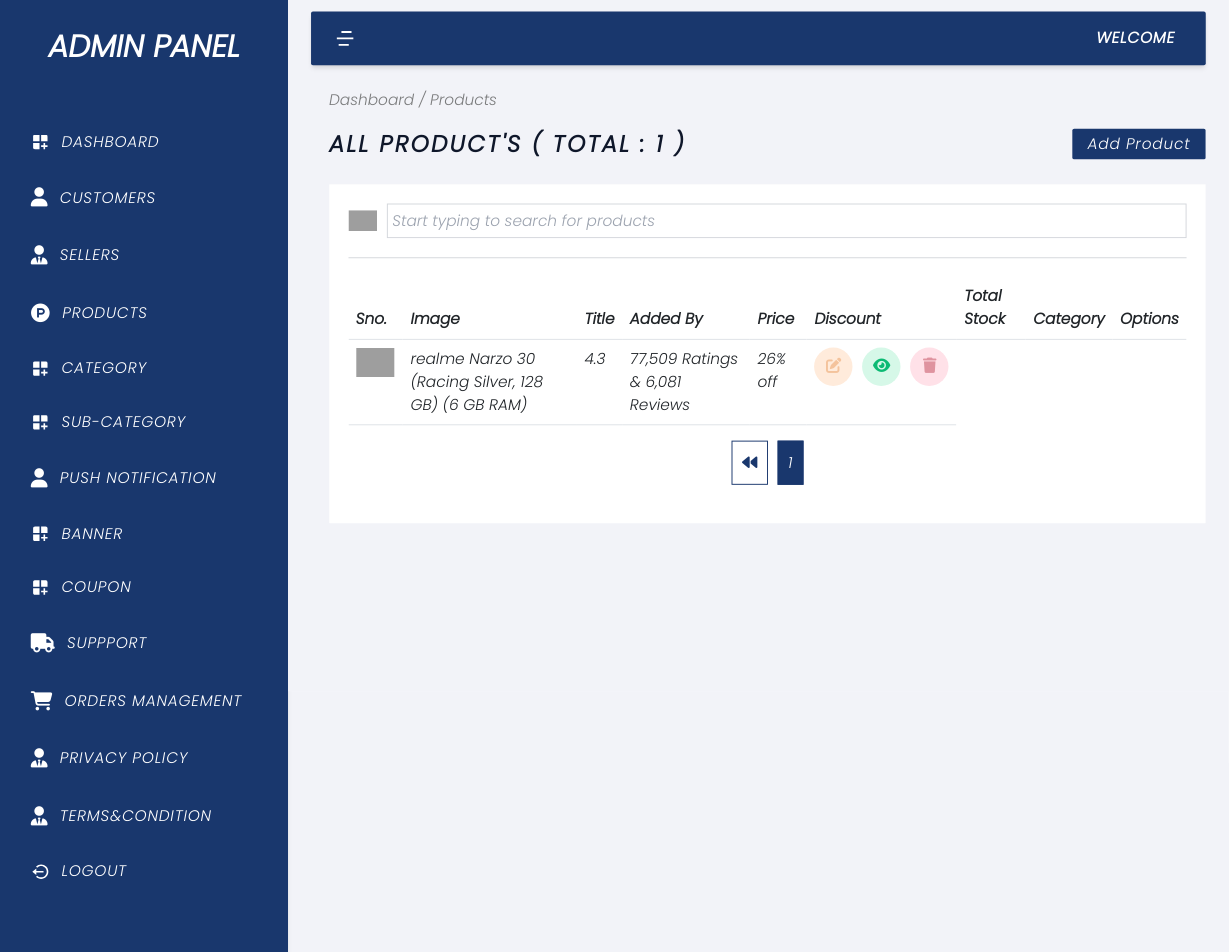
Repository: shishpal2000/admin.aschpro
Page: /Product
The author's editor kept a copy of each file at every save. The page is drawn from the files as they stood at one save, then again after a run of saves.
The browser window is 1280 px wide. The pictures show the whole page, at 96% of full size.
Pictures or frames that could not be fetched are drawn as grey boxes. Some web libraries are served in a nearby version. The project was rebuilt for these pictures with package versions that can differ from the ones it lists, and the page was loaded fresh each time. Also part of the build but not shown: src/E-CommerceAdmin/forms/Login.jsx, src/E-CommerceAdmin/pages/Dashboard.jsx, src/E-CommerceAdmin/pages/ECategory.js, src/E-CommerceAdmin/pages/EVendorList.js, src/E-CommerceAdmin/pages/EAdminOrders.js, src/E-CommerceAdmin/pages/EAdminDelivery.js, src/E-CommerceAdmin/pages/EAdminCustomer.js, src/E-CommerceAdmin/pages/ESubCategory.js and 5 more. Imported but missing from the stored project, and not drawn on this page: src/E-CommerceAdmin/pages/Complaints, src/E-CommerceAdmin/pages/Component/SpinnerComp, src/E-CommerceAdmin/pages/EAdmin, src/E-CommerceAdmin/pages/EAdminProduct, src/E-CommerceAdmin/pages/ESingleProduct, src/E-CommerceAdmin/pages/GetMeThis, src/E-CommerceAdmin/pages/HelpSupport.

Above is the page before, as saved 2023-06-28 15:22:07.

### public/index.html
<!-- @format -->

<!DOCTYPE html>
<html lang="en">
  <head>
    <meta charset="utf-8" />
    <meta name="viewport" content="width=device-width, initial-scale=1" />
    <meta name="theme-color" content="#000000" />
    <meta
      name="description"
      content="Web site created using create-react-app"
    />
    <link rel="icon" href="%PUBLIC_URL%/favicon.png" />
    <link rel="manifest" href="%PUBLIC_URL%/manifest.json" />
    <link rel="preconnect" href="https://fonts.googleapis.com">
<link rel="preconnect" href="https://fonts.gstatic.com" crossorigin>
<link href="https://fonts.googleapis.com/css2?family=Roboto+Mono:ital,wght@1,300&display=swap" rel="stylesheet">
    <title>Subharambh</title>
  </head>
  <body>
    <noscript>You need to enable JavaScript to run this app.</noscript>
    <div id="root"></div>
    <script src="https://code.jquery.com/jquery-3.6.0.min.js"></script>
    <script src="https://kit.fontawesome.com/b533b351e4.js" crossorigin="anonymous"></script>
    <script type="module" src="https://unpkg.com/ionicons@7.1.0/dist/ionicons/ionicons.esm.js"></script>
<script nomodule src="https://unpkg.com/ionicons@7.1.0/dist/ionicons/ionicons.js"></script>
  </body>
</html>

### src/E-CommerceAdmin/pages/EProduct.js
/** @format */

import React, { useEffect, useState } from "react";
import HOC from "../layout/HOC";
import { Table, Modal, Form, Button, FloatingLabel } from "react-bootstrap";
import SpinnerComp from "./Component/SpinnerComp";

const EProduct = () => {
  const [modalShow, setModalShow] = useState(false);
  const [edit, setEdit] = useState(false);
  const [query, setQuery] = useState("");

  const data = [
    {
      img: "https://rukminim1.flixcart.com/image/416/416/kq18n0w0/mobile/y/2/b/narzo-30-rmx2156-realme-original-imag45yhzhugdcqh.jpeg?q=70",
      name: "realme Narzo 30 (Racing Silver, 128 GB)  (6 GB RAM)",
      review: "4.3",
      rating: "77,509 Ratings & 6,081 Reviews",
      discount: "26% off",
      price: "12,499",
      discountedPrice: "16,999",
      features: [
        "6 GB RAM | 128 GB ROM | Expandable Upto 256 GB",
        "16.51 cm (6.5 inch) Full HD+ Display",
        "48MP + 2MP + 2MP | 16MP Front Camera ",
        "5000 mAh Battery ",
        "MediaTek Helio G95 Processor",
        "30W Charger",
      ],
      description:
        "With the realme Narzo 30, make your mobile gaming experience smooth, lag-free, and immersive. This smartphone runs on the Helio G95 Gaming Processor for intense gaming, a 90 Hz Ultra-smooth Display for smooth scrolling, and a 5000 mAh Massive Battery for hours of gaming marathons.",
      sellerName: "Seller Name",
      storeName: "Store Name",
      color: ["Red", "Black", "Green"],
      size: [""],
    },
  ];

  // Pagination
  const [currentPage2, setCurrentPage2] = useState(1);
  const [postPerPage2] = useState(10);
  const lastPostIndex2 = currentPage2 * postPerPage2;
  const firstPostIndex2 = lastPostIndex2 - postPerPage2;

  let pages2 = [];

  const TotolData = query
    ? data?.filter(
        (i) =>
          i?.product_name?.toLowerCase().includes(query?.toLowerCase()) ||
          i?.quantity?.toString()?.toLowerCase().includes(query?.toLowerCase())
      )
    : data;

  useEffect(() => {
    if (query) {
      setCurrentPage2(1);
    }
  }, [query]);

  const slicedData = TotolData?.slice(firstPostIndex2, lastPostIndex2);

  for (let i = 1; i <= Math.ceil(TotolData?.length / postPerPage2); i++) {
    pages2.push(i);
  }

  function Next() {
    setCurrentPage2(currentPage2 + 1);
  }

  function Prev() {
    if (currentPage2 !== 1) {
      setCurrentPage2(currentPage2 - 1);
    }
  }

  function MyVerticallyCenteredModal(props) {
    return (
      <Modal
        {...props}
        size="lg"
        aria-labelledby="contained-modal-title-vcenter"
        centered
      >
        <Modal.Header closeButton>
          <Modal.Title id="contained-modal-title-vcenter">
            {" "}
            {edit ? "Edit Product" : " Add New Product"}
          </Modal.Title>
        </Modal.Header>
        <Modal.Body>
          <Form>
            <div className="d-flex gap-2" style={{ alignItems: "center" }}>
              <Form.Group className="mb-3">
                <Form.Label>Product Images</Form.Label>
                <Form.Control type="file" required multiple />
              </Form.Group>

              <Button style={{ height: "40px", marginTop: "15px" }}>
                Upload
              </Button>
            </div>

            <Form.Group className="mb-3">
              <Form.Label> Product Name</Form.Label>
              <Form.Control type="text" required />
            </Form.Group>

            <Form.Group className="mb-3">
              <Form.Label>ID</Form.Label>
              <Form.Control type="number" required />
            </Form.Group>

            <Form.Group className="mb-3">
              <Form.Label>ASIN</Form.Label>
              <Form.Control type="text" required />
            </Form.Group>

            <Form.Group className="mb-3">
              <Form.Label>Description</Form.Label>
              <FloatingLabel controlId="floatingTextarea2" label="Description">
                <Form.Control
                  as="textarea"
                  placeholder="Leave a comment here"
                />
              </FloatingLabel>
            </Form.Group>

            <Form.Group className="mb-3">
              <Form.Label>Price</Form.Label>
              <Form.Control type="number" min={0} required />
            </Form.Group>

            <Form.Group className="mb-3">
              <Form.Label>Price Discount</Form.Label>
              <Form.Control type="number" min={0} required />
            </Form.Group>

            <Form.Group className="mb-3">
              <Form.Label>Bullet Text</Form.Label>
              <FloatingLabel controlId="floatingTextarea2">
                <Form.Control
                  as="textarea"
                  placeholder="Leave a comment here"
                />
              </FloatingLabel>
            </Form.Group>

            <Form.Group className="mb-3">
              <Form.Label> Category</Form.Label>
              <Form.Select aria-label="Default select example" required>
                <option>-- Select Category --</option>
              </Form.Select>
            </Form.Group>

            <Form.Group className="mb-3">
              <Form.Label>Quantity</Form.Label>
              <Form.Control type="number" min={0} required />
            </Form.Group>

            <Button className="btn" type="submit">
              Submit
            </Button>
          </Form>
        </Modal.Body>
      </Modal>
    );
  }

  // Carousel Modal

  return (
    <>
      <MyVerticallyCenteredModal
        show={modalShow}
        onHide={() => setModalShow(false)}
      />

      <p className="headP">Dashboard / Products</p>

      <div
        className="pb-4  w-full flex justify-between items-center"
        style={{ width: "98%", marginLeft: "2%" }}
      >
        <span
          className="tracking-widest text-slate-900 font-semibold uppercase"
          style={{ fontSize: "1.5rem" }}
        >
          All Product's ( Total : {data?.length} )
        </span>
        <div className="d-flex gap-1">
          <input type="file" id="excel" style={{ display: "none" }} />

          <button
            onClick={() => {
              setEdit(false);
              setModalShow(true);
            }}
            className="md:py-2 px-3 md:px-4 py-1 rounded-sm bg-[#19376d] text-white tracking-wider"
          >
            Add Product
          </button>
        </div>
      </div>

      <section className="sectionCont">
        {data?.length === 0 || !data ? (
          <SpinnerComp />
        ) : (
          <>
            <div className="filterBox">
              <img
                src="https://t4.ftcdn.net/jpg/01/41/97/61/360_F_141976137_kQrdYIvfn3e0RT1EWbZOmQciOKLMgCwG.jpg"
                alt=""
              />
              <input
                type="search"
                placeholder="Start typing to search for products"
                onChange={(e) => setQuery(e.target.value)}
              />
            </div>

            <div className="overFlowCont">
              <Table>
                <thead>
                  <tr>
                    <th>Sno.</th>
                    <th>Image</th>
                    <th>Title</th>
                    <th>Added By</th>
                    <th>Price</th>
                    <th>Discount</th>
                    <th>Total Stock</th>
                    <th>Category</th>
                    <th> Options </th>
                  </tr>
                </thead>
                <tbody>
                  {slicedData?.map((i, index) => (
                    <tr key={index}>
                      <td>
                        <img src={i.img} alt="" style={{ width: "60px" }} />
                      </td>
                      <td>
                        {i.name}
                      </td>
                      <td>
                        {i.review}
                      </td>
                      <td>
                        {i.rating}
                      </td>
                      <td>
                        {i.discount}
                      </td>

                      <td>
                        <span className="flexCont">
                          <i className="fa-solid fa-pen-to-square"></i>
                          <i className="fa-solid fa-eye"></i>
                          <i className="fa-sharp fa-solid fa-trash"></i>
                        </span>
                      </td>
                    </tr>
                  ))}
                </tbody>
              </Table>

              <div className="pagination">
                <button onClick={() => Prev()} className="prevBtn">
                  <i className="fa-solid fa-backward"></i>
                </button>
                {currentPage2 === 1 ? (
                  ""
                ) : (
                  <button onClick={() => setCurrentPage2(1)}>1</button>
                )}

                {pages2
                  ?.slice(currentPage2 - 1, currentPage2 + 3)
                  .map((i, index) =>
                    i === pages2?.length ? (
                      ""
                    ) : (
                      <button
                        key={index}
                        onClick={() => setCurrentPage2(i)}
                        className={currentPage2 === i ? "activePage" : ""}
                      >
                        {" "}
                        {i}{" "}
                      </button>
                    )
                  )}

                <button
                  onClick={() => setCurrentPage2(pages2?.length)}
                  className={
                    currentPage2 === pages2?.length ? "activePage" : ""
                  }
                >
                  {" "}
                  {pages2?.length}{" "}
                </button>

                {currentPage2 === pages2?.length ? (
                  ""
                ) : (
                  <button onClick={() => Next()} className="nextBtn">
                    {" "}
                    <i className="fa-sharp fa-solid fa-forward"></i>
                  </button>
                )}
              </div>
            </div>
          </>
        )}
      </section>
    </>
  );
};

export default HOC(EProduct);

### src/E-CommerceAdmin/layout/HOC.jsx
/** @format */

import React, { useState } from "react";
import Navbar from "./Navbar";
import Sidebar from "./Sidebar";

const HOC = (Wcomponenet) => {
  return function Component() {
    const [hamb, setHamb] = useState(false);
    return (
      <>
        <section
          className="flex overflow-x-hidden relative "
          style={{ backgroundColor: "#f2f3f8" }}
        >
          {/* Sidebar */}
          <div
            className={
              hamb
                ? " absolute top-0 z-30 md:w-auto shadow-md bg-slate-200  w-60 transition-all md:-left-full left duration-150  h-auto overflow-y-auto  left-0 "
                : " md:w-72 z-30 bg-slate-200  shadow-md  md:static absolute top-0 -left-full   transition-all duration-150  overflow-y-auto h-auto"
            }
            style={{ minWidth: "300px" }}
          >
            <Sidebar hamb={hamb} setHamb={setHamb} />
          </div>
          {/* Components & Navbar */}
          <div
            className={
              hamb
                ? " transition-all px-4 py-2  duration-150 w-full h-screen"
                : " w-full h-screen  px-4 py-2   z-50 transition-all duration-150 "
            }
            style={{ backgroundColor: "#f2f3f8" }}
          >
            <Navbar hamb={hamb} setHamb={setHamb} />
            <div className="my-6 text-#000 h-[87%] wcomp overflow-y-auto">
              {" "}
              <Wcomponenet />
            </div>
          </div>
        </section>
      </>
    );
  };
};

export default HOC;

### src/E-CommerceAdmin/layout/Navbar.jsx
/** @format */

import { RiMenu4Line } from "react-icons/ri";

const Navbar = ({ hamb, setHamb }) => {
  const AdminName = localStorage.getItem("AdminName")
  return (
    <>
      <div
        className={
          hamb
            ? "flex  w-full justify-between  my-1 rounded-sm  p-4 py-3 shadow-md items-center  bg-slate-200 space-x-4"
            : "flex  w-full justify-between my-1 rounded-sm  p-4 py-3 shadow-md items-center  bg-slate-200 space-x-4"
        }
        style={{ backgroundColor: "#19376d" }}
      >
        <RiMenu4Line
          onClick={() => setHamb(!hamb)}
          className="text-2xl font-bold text-gray-900 hover:scale-90 cursor-pointer"
          style={{ color: "#fff" }}
        />

        <section className="flex sm:ml-auto justify-end sm:w-full items-center space-x-2  pr-2">
          <figcaption className="tracking-wider pl-1 font-semibold">
            <div
              className="lg:text-base text-sm text-gray-900  uppercase"
              style={{ color: "#fff" }}
            >
              Welcome {AdminName}
            </div>
          </figcaption>
        </section>
      </div>
    </>
  );
};

export default Navbar;

### src/E-CommerceAdmin/layout/Sidebar.jsx
/** @format */

import React from "react";
import { RiCloseLine } from "react-icons/ri";
import { Link, useNavigate } from "react-router-dom";
import { BiLogOutCircle } from "react-icons/bi";
import { MdDashboardCustomize } from "react-icons/md";

const Sidebar = ({ hamb, setHamb }) => {
  const navigate = useNavigate();

  const nav = [
    {
      icon: <MdDashboardCustomize className="text-xl mr-3 rounded-full " />,
      link: "/dashboard ",
      name: "Dashboard",
    },

    {
      icon: (
        <i className="fa-solid fa-user text-xl mr-3 rounded-full"></i>
      ),
      link: "/Customer",
      name: "Customers",
    },
    {
      icon: <i className="fa-solid fa-user-tie text-xl mr-3 rounded-full"></i>,
      link: "/VendorList",
      name: "Sellers",
    },
    {
      icon: (
    <i className="fa-brands fa-product-hunt text-xl mr-3 rounded-full"></i>
      ),
      link: "/Product",
      name: "Products",
    },
    {
      icon: <MdDashboardCustomize className="text-xl mr-3 rounded-full " />,
      link: "/Category",
      name: "Category",
    },

    {
      icon: <MdDashboardCustomize className="text-xl mr-3 rounded-full " />,
      link: "/SubCategory",
      name: "Sub-Category",
    },
    {
      icon: <i className="fa-solid fa-user text-xl mr-3 rounded-full"></i>,
      link: "/pushNotification",
      name: "Push Notification",
    },

    {
      icon: <MdDashboardCustomize className="text-xl mr-3 rounded-full " />,
      link: "/banner",
      name: "Banner",
    },
    {
      icon: <MdDashboardCustomize className="text-xl mr-3 rounded-full " />,
      link: "/coupon",
      name: "Coupon",
    },

    {
      icon: <i className="fa-solid fa-truck  text-xl mr-3 rounded-full"></i>,
      link: "/Support",
      name: "Suppport",
    },
    {
      icon: (
        <i className="fa-solid fa-cart-shopping text-xl mr-3 rounded-full"></i>
      ),
      link: "/Orders",
      name: "Orders Management",
    },

    {
      icon: <i className="fa-solid fa-user-tie text-xl mr-3 rounded-full"></i>,
      link: "/privacy",
      name: "Privacy Policy",
    },
    {
      icon: <i className="fa-solid fa-user-tie text-xl mr-3 rounded-full"></i>,
      link: "/terms",
      name: "Terms&Condition",
    }
  ];

  const logOut = () => {
    localStorage.clear()
    navigate("/");
  };

  return (
    <>
      <aside
        className="p-4 h-auto"
        style={{ backgroundColor: "#19376d", minHeight: "100vh" }}
      >
        {/* Top */}
        <div className="w-full md:hidden relative  p-2 mb-4">
          <RiCloseLine
            onClick={() => setHamb(!hamb)}
            className="text-3xl  absolute top-2 sm:hover:rotate-[228deg] transition-transform font-bold right-2 sm:hover:text-[22px] text-[rgb(241,146,46)] cursor-pointer"
          />
        </div>{" "}
        <figure className="flex  flex-col items-center">
          <span
            className="font-bold text-[#fff]"
            style={{
              fontSize: "2rem",
              textAlign: "center",
              textTransform: "uppercase",
            }}
          >
            {" "}
            ADMIN PANEL
          </span>
        </figure>
        <nav className="py-6">
          {nav.map((nav) => {
            return (
              <Link
                to={nav.link}
                key={nav.name}
                className=""
                style={{ textDecoration: "none", textTransform: "uppercase" }}
              >
                <span
                  className="flex my-3 items-center cursor-pointer text-gray-900    tracking-wider p-2 rounded-sm"
                  style={{ color: "#FFF" }}
                >
                  {nav.icon} {nav.name}
                </span>
              </Link>
            );
          })}
          <span
            className="flex my-3 items-center cursor-pointer text-gray-900    tracking-wider p-2 rounded-sm"
            onClick={() => logOut()}
            style={{ color: "#FFF", textTransform: "uppercase" }}
          >
            <BiLogOutCircle className="text-xl mr-3 rounded-full " /> LogOut
          </span>
        </nav>
      </aside>
    </>
  );
};

export default Sidebar;

Loaded but not shown: tailwind.config.js (common file); src/App.js (69 lines, source omitted); src/index.js (15 lines, source omitted); src/index.css (496 lines, source omitted)

After the next 2 saves:
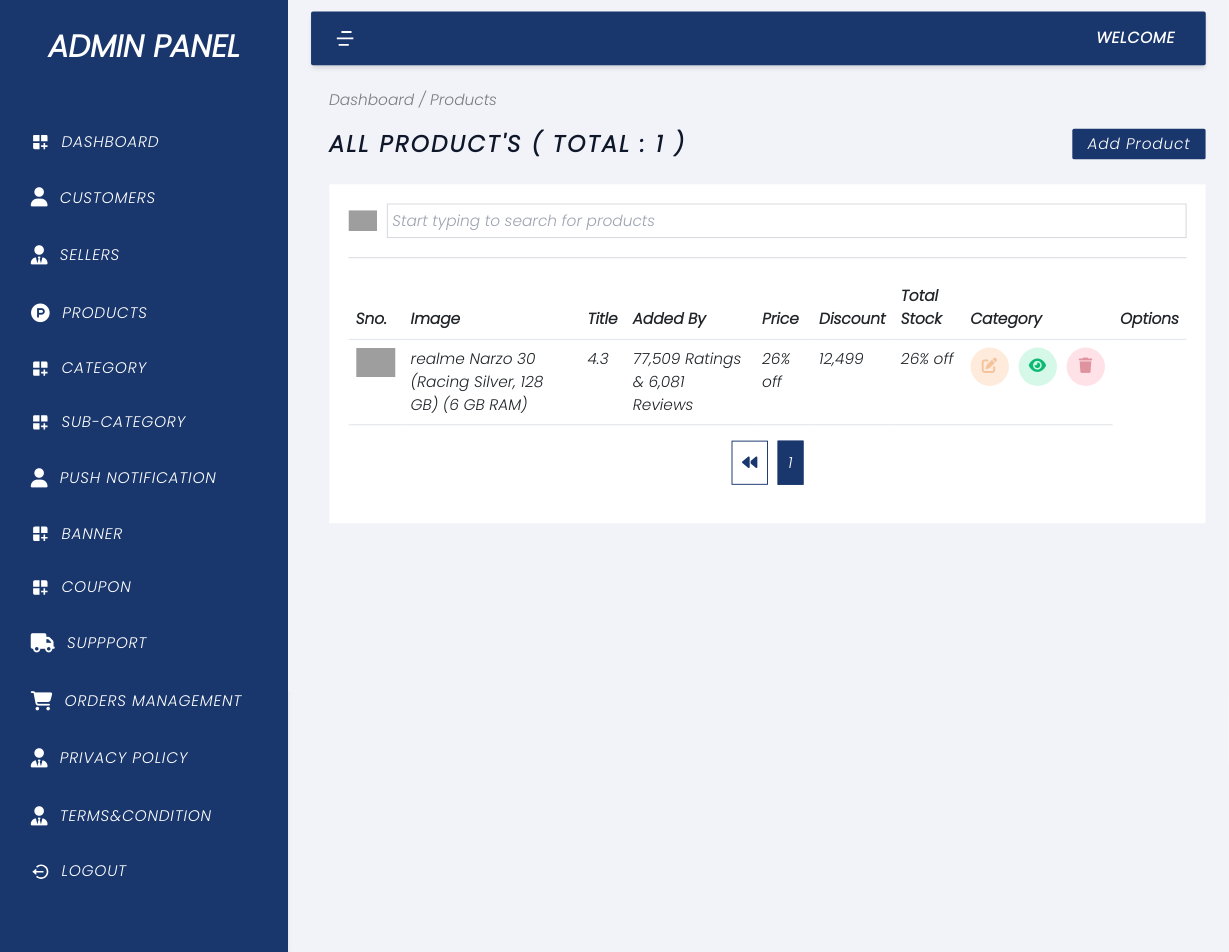
The 2 saves are shown as one change because they came seconds apart.
The last was saved 32 s later.
--- a/src/E-CommerceAdmin/pages/EProduct.js
+++ b/src/E-CommerceAdmin/pages/EProduct.js
@@ -253,6 +253,12 @@
                       <td>
                         {i.discount}
                       </td>
+                      <td>
+                        {i.price}
+                      </td>
+                      <td>
+                        {i.discount}
+                      </td>
 
                       <td>
                         <span className="flexCont">
